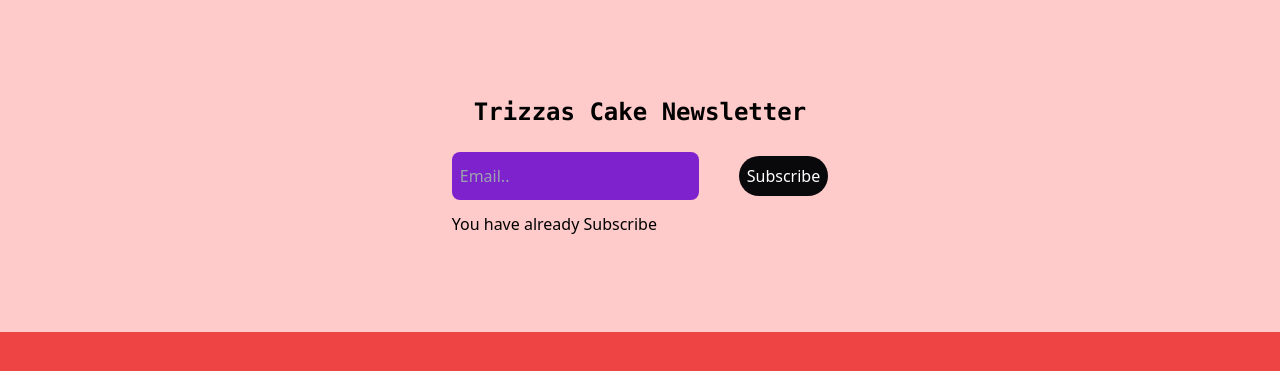
Repository: Semanmernstack/mailchimp-newsletter
Page: /
These files come from the project's save history. The page is drawn as it stood at one moment and after the next save; the edit follows.
The browser window is 1280 px wide. The pictures show the whole page.
The project was rebuilt for these pictures with package versions that can differ from the ones it lists, and the page was loaded fresh each time. The framework's server and built-in components were replaced by stand-ins that run in the browser. Also part of the build but not shown: next.config.js.

Above is the page before, as saved 2023-05-26 04:37:04.

After the next save:
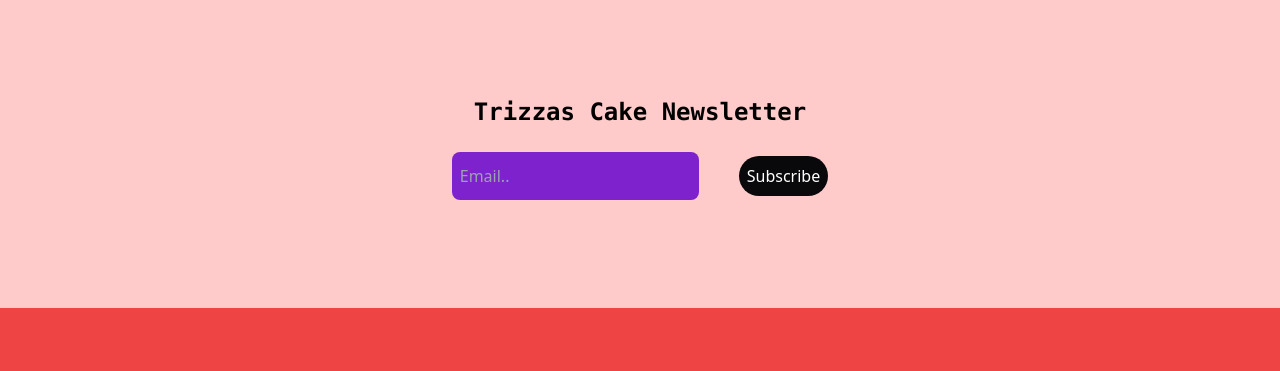
Saved 2 min 6 s later.
--- a/app/components/Mailing.tsx
+++ b/app/components/Mailing.tsx
@@ -48,10 +48,6 @@
                     Subscribe
                  </button>
             </div>
-            <div>
-
-               {mailOk  ? (<p>Subscribe</p>):(<p>You have already Subscribe</p>) }
-            </div>
 
         </form>
 
